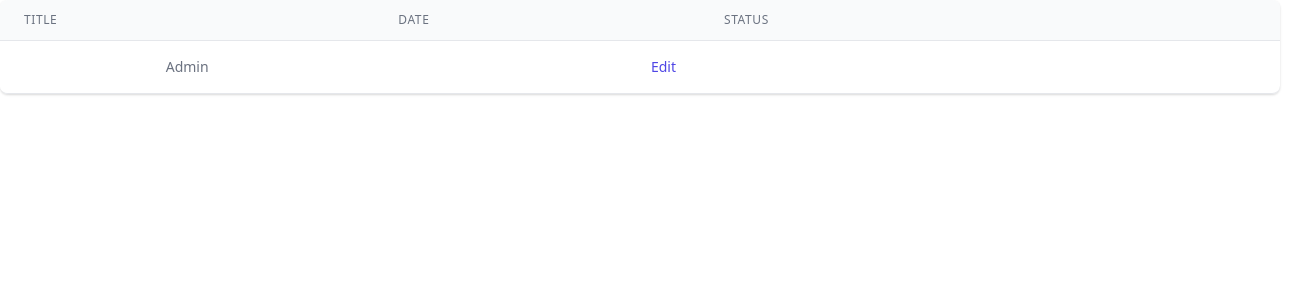
Repository: maikeru-desu/parking-lot
Page: / (app in parking-lot-fe/)
These files come from the project's save history. The page is drawn as it stood at one moment and after the next save; the edit follows.
The browser window is 1280 px wide. The page is 1312 px wide, so the pictures cover 1312 px, including what lies to the right of the window. The pictures show the whole page.
The project was rebuilt for these pictures with package versions that can differ from the ones it lists, and the page was loaded fresh each time. Also part of the build but not shown: parking-lot-fe/craco.config.js.

Above is the page before, as saved 2021-10-13 23:34:10.

After the next save:
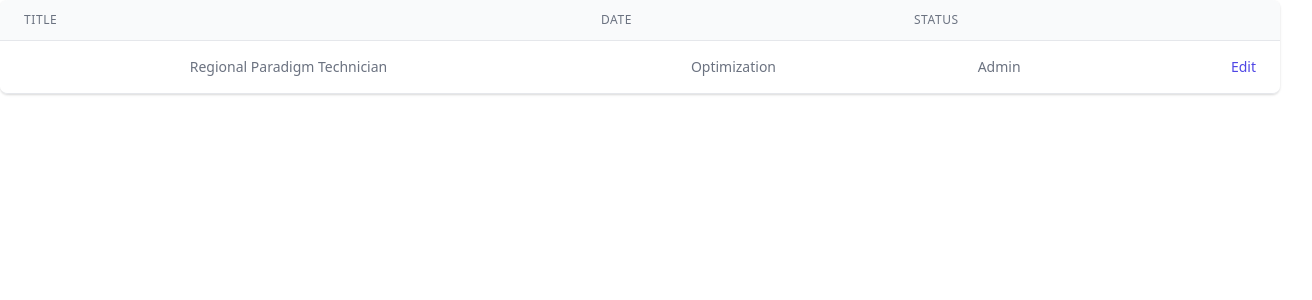
Saved 23 s later.
--- a/parking-lot-fe/src/pages/Home.js
+++ b/parking-lot-fe/src/pages/Home.js
@@ -64,6 +64,8 @@ const Home = () => {
                                                 Active
                                             </span>
                                         </td> */}
+                                        <td className="px-6 py-4 whitespace-nowrap text-sm text-gray-500">{person.title}</td>
+                                        <td className="px-6 py-4 whitespace-nowrap text-sm text-gray-500">{person.department}</td>
                                         <td className="px-6 py-4 whitespace-nowrap text-sm text-gray-500">{person.role}</td>
                                         <td className="px-6 py-4 whitespace-nowrap text-right text-sm font-medium">
                                             <a href="#" className="text-indigo-600 hover:text-indigo-900">
